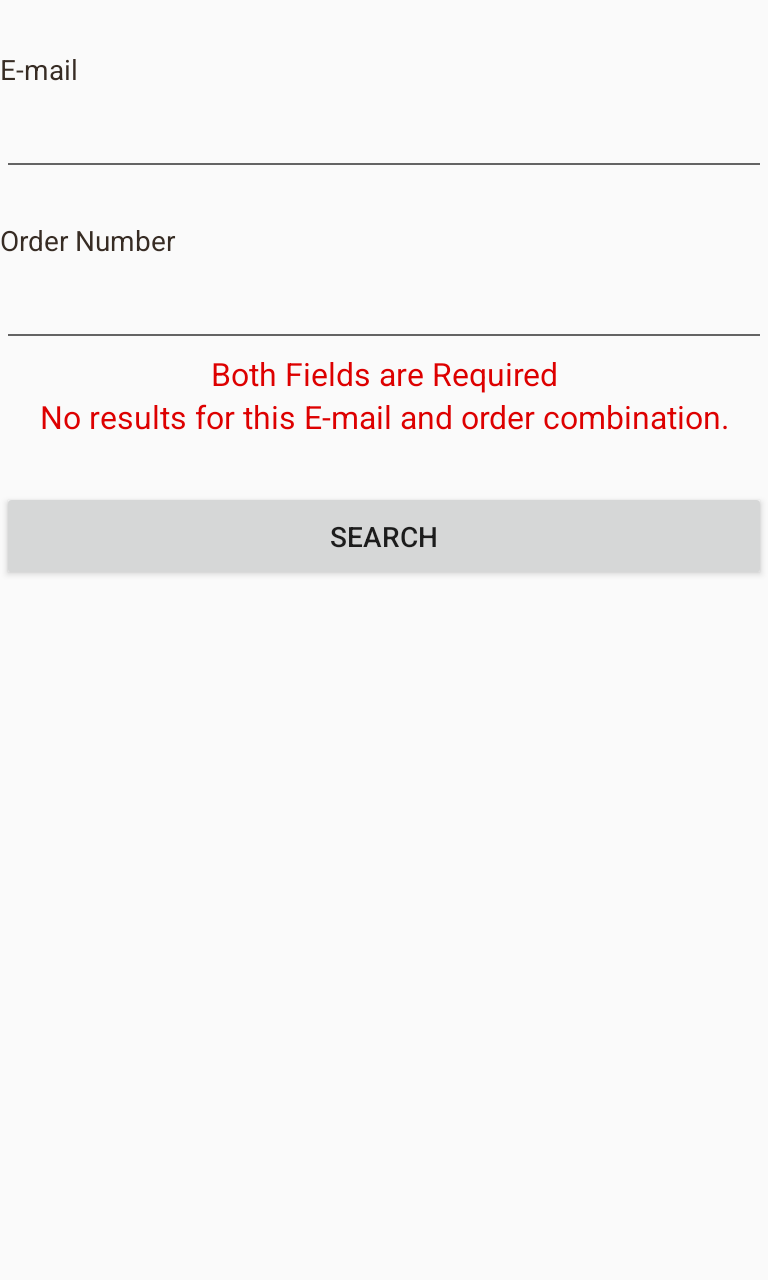
Repository: j-leon/workspace
Layout: ShorexTickets/res/layout/logscreen.xml
The author's editor kept a copy of each file at every save. The layout is drawn from the files as they stood at one save, then again after the next save.
It is drawn on a 768 x 1280 px phone screen (xhdpi) without system bars, with theme AppTheme; the app's code is not run.

Above is the layout before, as saved 2014-10-06 20:53:35.

### ShorexTickets/res/layout/logscreen.xml
<?xml version="1.0" encoding="utf-8"?>
<LinearLayout xmlns:android="http://schemas.android.com/apk/res/android"
    android:layout_width="match_parent"
    android:layout_height="match_parent"
    android:orientation="vertical" >


    	<TextView android:layout_width="fill_parent"
                android:layout_height="wrap_content"
                android:textColor="#372c24"
                android:text="@string/e_mail"
                android:layout_marginTop="25dip"/>

        <EditText android:layout_width="fill_parent"
                android:layout_height="wrap_content"
                android:layout_marginTop="5dip"
                android:layout_marginBottom="20dip"
                android:singleLine="true"
                android:inputType= "text"
                android:id="@+id/email"/>

           <TextView android:layout_width="fill_parent"
                android:layout_height="wrap_content"
                android:textColor="#372c24"
                android:text="@string/orderNumber"/>

          <EditText android:layout_width="fill_parent"
                android:layout_height="wrap_content"
                android:layout_marginTop="5dip"
                android:singleLine="true"
                android:id="@+id/orderCode"
          		android:inputType="text"/>

          <TextView
              android:id="@+id/emptyWarning"
              android:layout_width="fill_parent"
              android:layout_height="wrap_content"
              android:gravity="center"
              android:text="@string/emptyWarning"
              android:textColor="#d00"
              android:textSize="16sp"
              android:visibility="visible" />

          <TextView
              android:id="@+id/wrongWarning"
              android:layout_width="fill_parent"
              android:layout_height="wrap_content"
              android:gravity="center"
              android:text="@string/wrongWarning"
              android:textColor="#dd0000"
              android:textSize="16sp"
              android:visibility="visible" />

          <Button
                android:layout_width="fill_parent"
                android:layout_height="wrap_content"
                android:layout_marginTop="25dip"
                android:text="@string/logButton"
                android:id="@+id/buttonSearch"/>

</LinearLayout>

### ShorexTickets/res/values/strings.xml
<resources xmlns:android="http://schemas.android.com/apk/res/android">

    <string name="app_name">Shore Excursioneer Tickets</string>
    <string name="hello_world">Hello world!</string>
    <string name="action_settings">Settings</string>
    <string name="e_mail">E-mail</string>
    <string name="logButton">Search</string>
    <string name="mainText">Select the ticket you wish to see</string>
    <string name="downButton">Download Tickets</string>
    <string name="orderNumber">Order Number</string>
	<string name="textDownload">Download your available tickets</string>
	<string name="buttonMainBack">Back To Main Screen</string>
	<string name="wrongWarning">No results for this E-mail and order combination.</string>
	<string name="emptyWarning">Both Fields are Required</string>
</resources>

Loaded but not shown: ShorexTickets/res/values/styles.xml (common file); ShorexTickets/res/values-v11/styles.xml (common file); ShorexTickets/res/values-v14/styles.xml (common file)

After the next save:
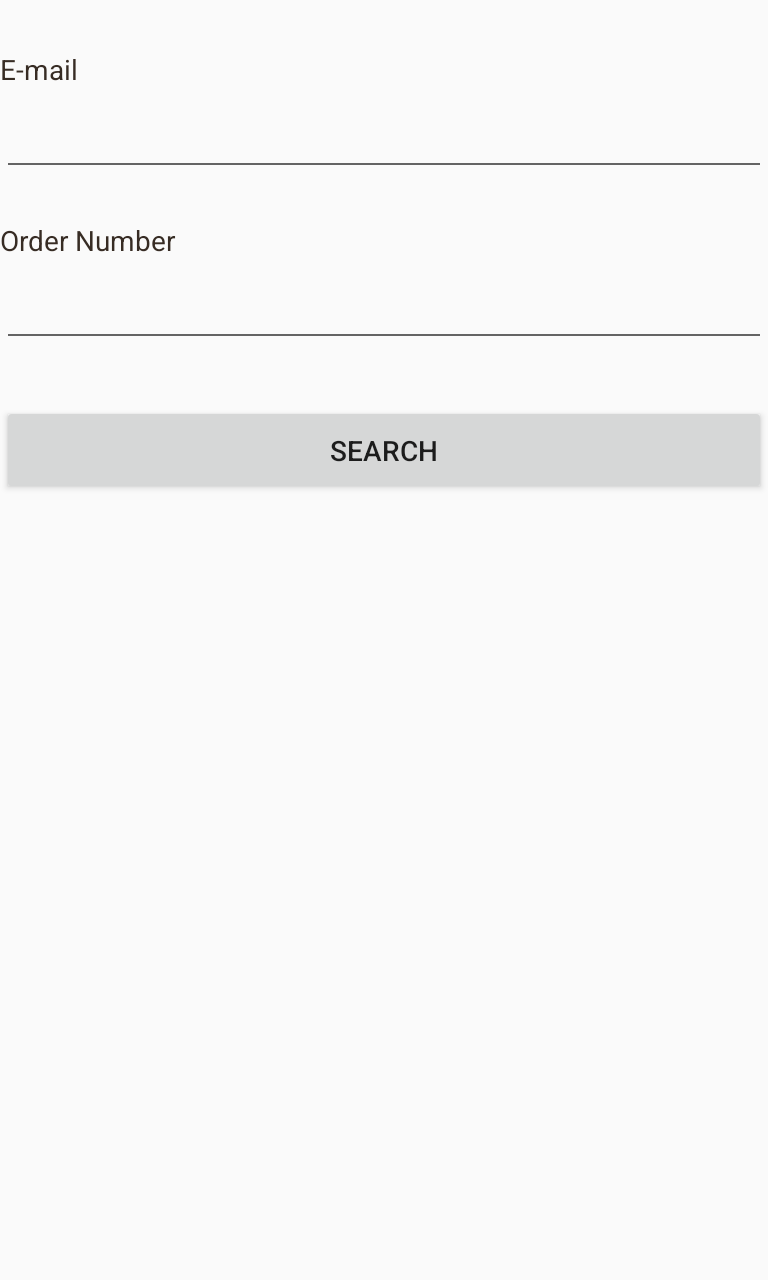
Saved 28 s later.
--- a/ShorexTickets/res/layout/logscreen.xml
+++ b/ShorexTickets/res/layout/logscreen.xml
@@ -39,7 +39,7 @@
               android:text="@string/emptyWarning"
               android:textColor="#d00"
               android:textSize="16sp"
-              android:visibility="visible" />
+              android:visibility="gone" />
 
           <TextView
               android:id="@+id/wrongWarning"
@@ -47,9 +47,9 @@
               android:layout_height="wrap_content"
               android:gravity="center"
               android:text="@string/wrongWarning"
-              android:textColor="#dd0000"
+              android:textColor="#d00"
               android:textSize="16sp"
-              android:visibility="visible" />
+              android:visibility="gone" />
 
           <Button
                 android:layout_width="fill_parent"
